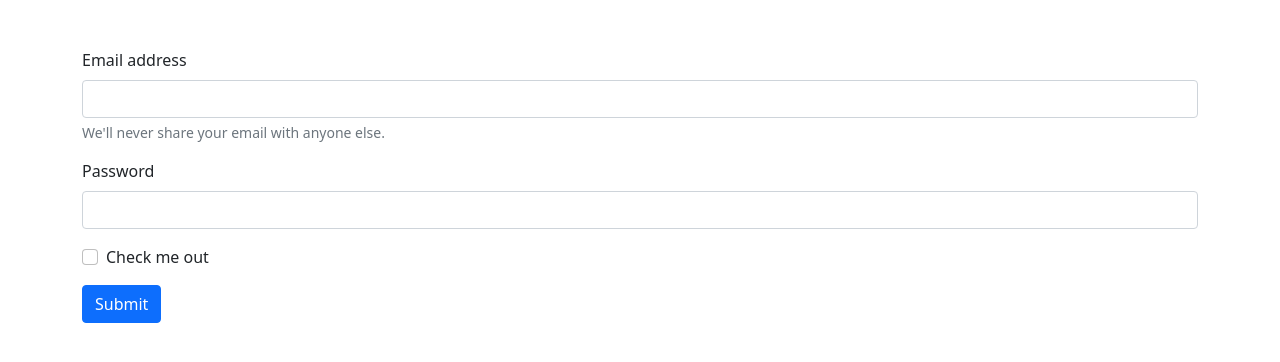
Repository: IamPawan777/spring-MCV
Page: http://localhost/p4.1-sending-data-to-controller/form
These files come from the project's save history. The page is drawn as it stood at one moment and after the next save; the edit follows.
The browser window is 1280 px wide. The pictures show the whole page.
The page is served by Tomcat 9.

Above is the page before, as saved 2025-01-13 13:38:32.

### p4.1-sending-data-to-controller/src/main/webapp/WEB-INF/spring-servlet.xml
<?xml version="1.0" encoding="UTF-8"?>
<beans xmlns="http://www.springframework.org/schema/beans"
	xmlns:p="http://www.springframework.org/schema/p"
	xmlns:util="http://www.springframework.org/schema/util"
	xmlns:context="http://www.springframework.org/schema/context"
	xmlns:xsi="http://www.w3.org/2001/XMLSchema-instance"
	xsi:schemaLocation="http://www.springframework.org/schema/beans
 	https://www.springframework.org/schema/beans/spring-beans.xsd
 	http://www.springframework.org/schema/util
 	https://www.springframework.org/schema/util/spring-util.xsd
 	http://www.springframework.org/schema/context
 	https://www.springframework.org/schema/context/spring-context.xsd">

 	<context:component-scan base-package="org.spring"/>


	<bean class="org.springframework.web.servlet.view.InternalResourceViewResolver" name="viewResolver">
		<property name="prefix" value="/WEB-INF/pages/" />
		<property name="suffix" value=".jsp" />
	</bean>




</beans>

### p4.1-sending-data-to-controller/src/main/webapp/WEB-INF/pages/form.jsp
<%@ page language="java" contentType="text/html; charset=UTF-8"
	pageEncoding="UTF-8"%>
<!doctype html>
<html lang="en">
<head>
<!-- Required meta tags -->
<meta charset="utf-8">
<meta name="viewport" content="width=device-width, initial-scale=1">

<!-- Bootstrap CSS -->
<link
	href="https://cdn.jsdelivr.net/npm/bootstrap@5.0.2/dist/css/bootstrap.min.css"
	rel="stylesheet"
	integrity="sha384-EVSTQN3/azprG1Anm3QDgpJLIm9Nao0Yz1ztcQTwFspd3yD65VohhpuuCOmLASjC"
	crossorigin="anonymous">

<title>Hello, world!</title>
</head>
<body>

	<div class="container mt-5">
		<form>
			<div class="mb-3">
				<label for="exampleInputEmail1" class="form-label">Email
					address</label> <input type="email" class="form-control"
					id="exampleInputEmail1" aria-describedby="emailHelp">
				<div id="emailHelp" class="form-text">We'll never share your
					email with anyone else.</div>
			</div>
			<div class="mb-3">
				<label for="exampleInputPassword1" class="form-label">Password</label>
				<input type="password" class="form-control"
					id="exampleInputPassword1">
			</div>
			<div class="mb-3 form-check">
				<input type="checkbox" class="form-check-input" id="exampleCheck1">
				<label class="form-check-label" for="exampleCheck1">Check me
					out</label>
			</div>
			<button type="submit" class="btn btn-primary">Submit</button>
		</form>
	</div>

	<!-- Optional JavaScript; choose one of the two! -->

	<!-- Option 1: Bootstrap Bundle with Popper -->
	<script
		src="https://cdn.jsdelivr.net/npm/bootstrap@5.0.2/dist/js/bootstrap.bundle.min.js"
		integrity="sha384-MrcW6ZMFYlzcLA8Nl+NtUVF0sA7MsXsP1UyJoMp4YLEuNSfAP+JcXn/tWtIaxVXM"
		crossorigin="anonymous"></script>

	<!-- Option 2: Separate Popper and Bootstrap JS -->
	<!--
    <script src="https://cdn.jsdelivr.net/npm/@popperjs/core@2.9.2/dist/umd/popper.min.js" integrity="sha384-IQsoLXl5PILFhosVNubq5LC7Qb9DXgDA9i+tQ8Zj3iwWAwPtgFTxbJ8NT4GN1R8p" crossorigin="anonymous"></script>
    <script src="https://cdn.jsdelivr.net/npm/bootstrap@5.0.2/dist/js/bootstrap.min.js" integrity="sha384-cVKIPhGWiC2Al4u+LWgxfKTRIcfu0JTxR+EQDz/bgldoEyl4H0zUF0QKbrJ0EcQF" crossorigin="anonymous"></script>
    -->
</body>
</html>

### p4.1-sending-data-to-controller/src/main/java/org/spring/FormController.java
package org.spring;

import org.springframework.stereotype.Controller;
import org.springframework.web.bind.annotation.RequestMapping;

@Controller
public class FormController {

	@RequestMapping("/form")
	public String showFrpm() {
		return "form";
	}
}

### p4.1-sending-data-to-controller/src/main/java/org/spring/MainController.java
package org.spring;

import org.springframework.stereotype.Controller;
import org.springframework.web.bind.annotation.RequestMapping;
import org.springframework.web.bind.annotation.RequestMethod;

@Controller
public class MainController {

	@RequestMapping(path = "/home", method = RequestMethod.GET)
	public String putData() {
		System.out.println("Home method call........");
		return "home";
	}

}

After the next save:
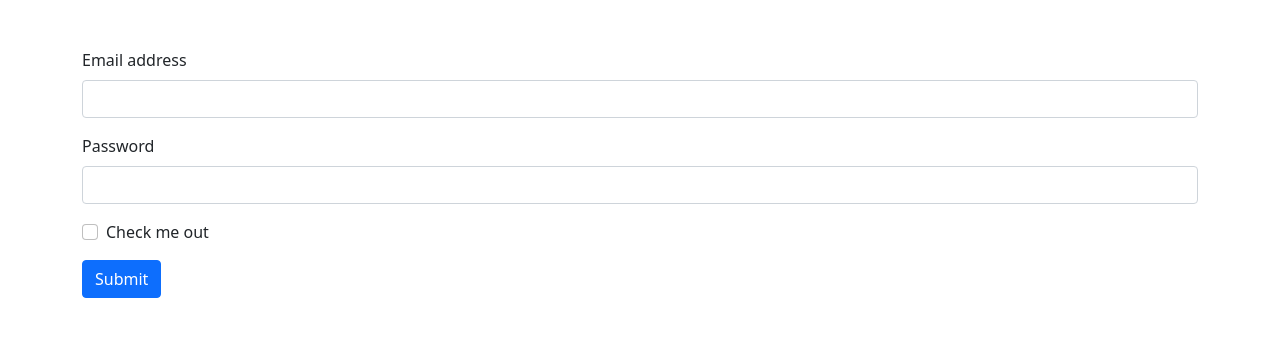
Saved 56 s later.
--- a/p4.1-sending-data-to-controller/src/main/webapp/WEB-INF/pages/form.jsp
+++ b/p4.1-sending-data-to-controller/src/main/webapp/WEB-INF/pages/form.jsp
@@ -24,13 +24,10 @@
 				<label for="exampleInputEmail1" class="form-label">Email
 					address</label> <input type="email" class="form-control"
 					id="exampleInputEmail1" aria-describedby="emailHelp">
-				<div id="emailHelp" class="form-text">We'll never share your
-					email with anyone else.</div>
 			</div>
 			<div class="mb-3">
 				<label for="exampleInputPassword1" class="form-label">Password</label>
-				<input type="password" class="form-control"
-					id="exampleInputPassword1">
+				<input type="password" class="form-control"	id="exampleInputPassword1">
 			</div>
 			<div class="mb-3 form-check">
 				<input type="checkbox" class="form-check-input" id="exampleCheck1">
